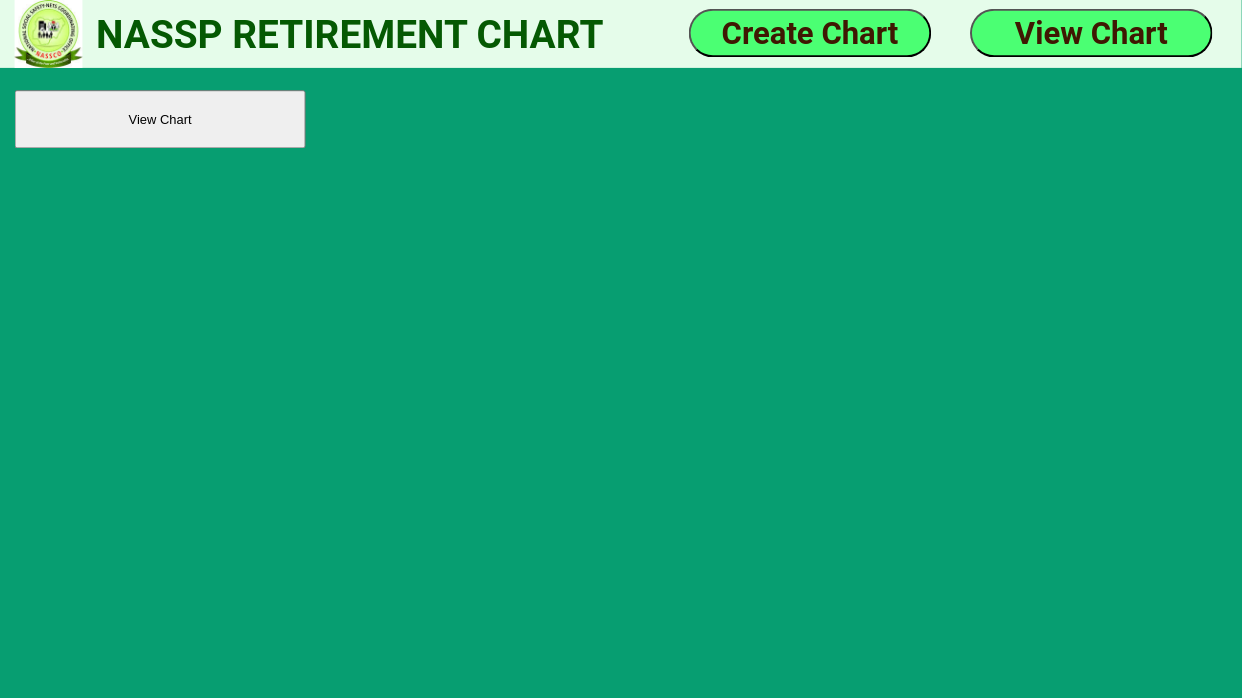
Repository: sheddy1/nasspchart
Page: http://localhost/
These files come from the project's save history. The page is drawn as it stood at one moment and after the next save; the edit follows.
The browser window is 1280 px wide. The pictures show the whole page, at 97% of full size.
The page is run by PHP 8.4 with error messages shown; the project is at /var/www/html/.

Above is the page before, as saved 2022-04-06 17:06:21.

After the next save:
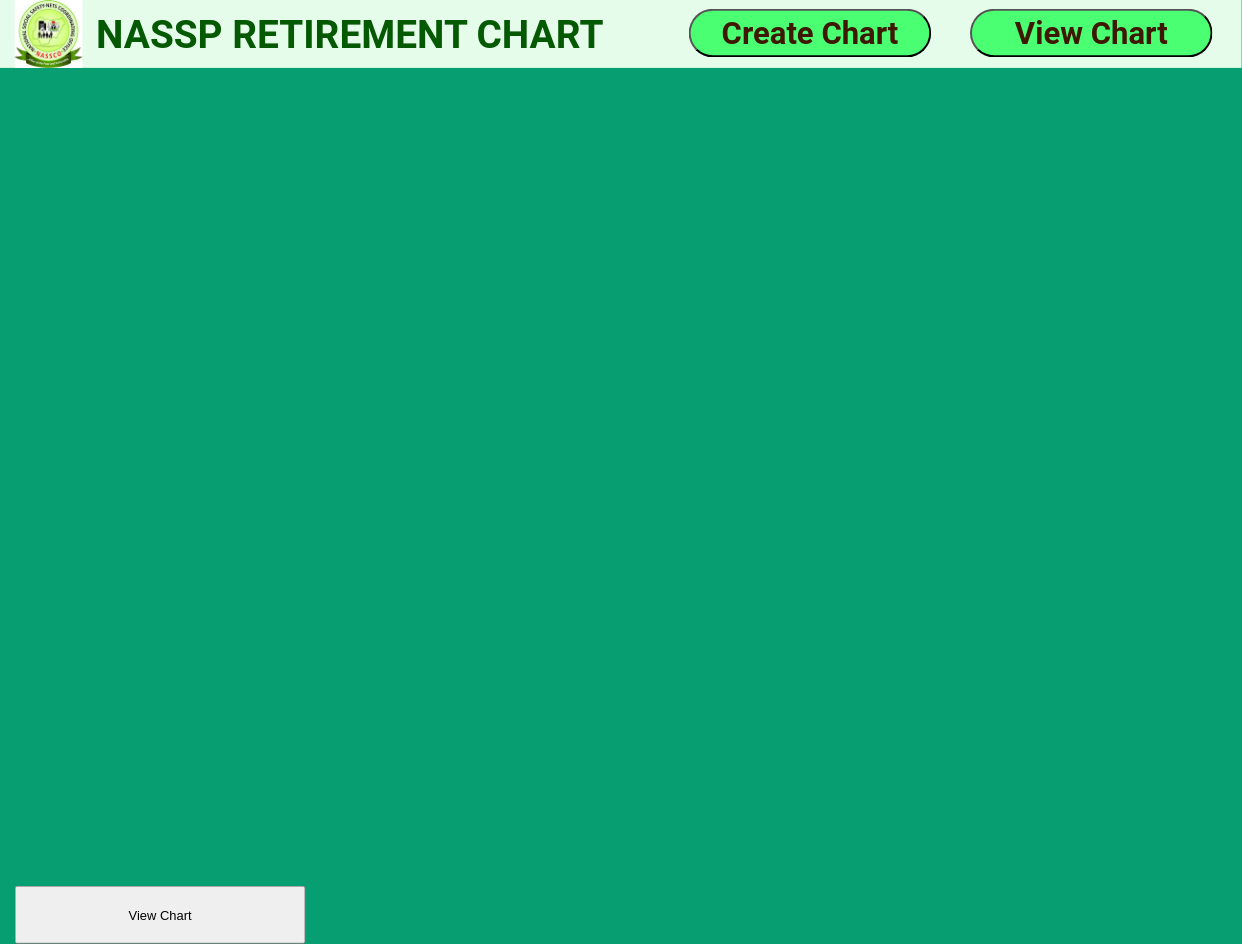
Saved 24 s later.
--- a/index.css
+++ b/index.css
@@ -207,6 +207,6 @@
 width: 300px;
 height: 60px;
 left: 15px;
-top: 93px;
-
-}
+top: 913px;
+
+}

After the save that followed:
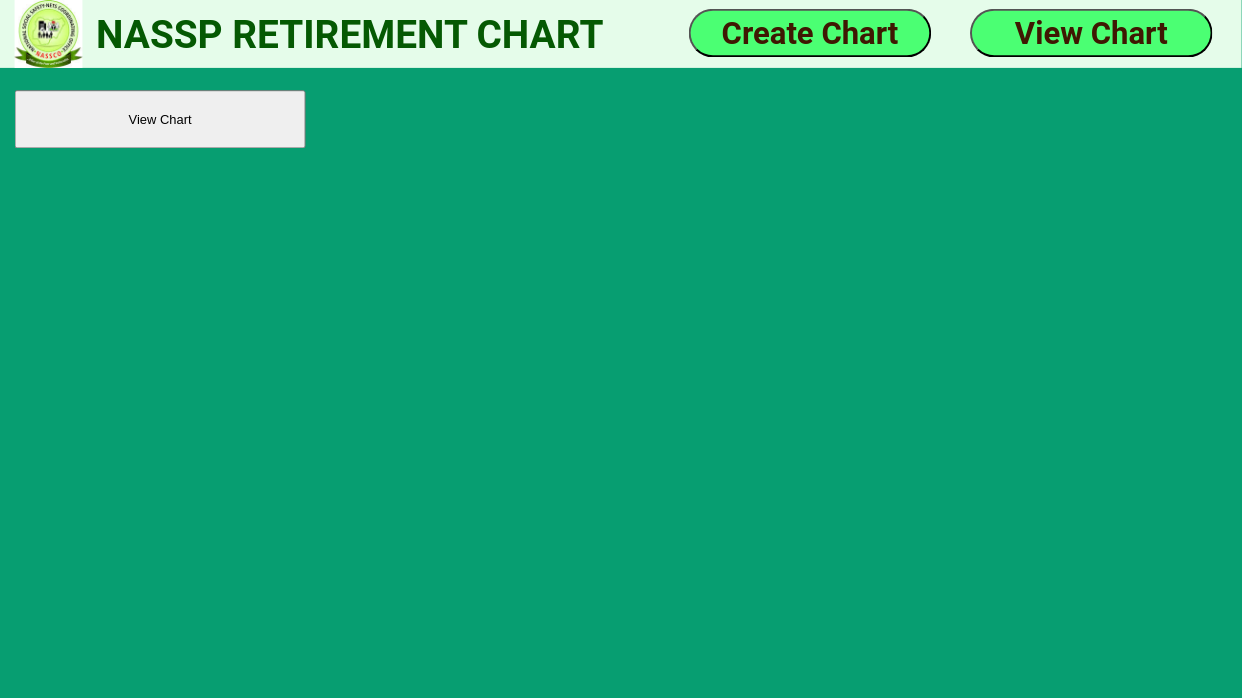
Saved 5 s later.
--- a/index.css
+++ b/index.css
@@ -207,6 +207,6 @@
 width: 300px;
 height: 60px;
 left: 15px;
-top: 913px;
-
-}
+top: 93px;
+
+}
